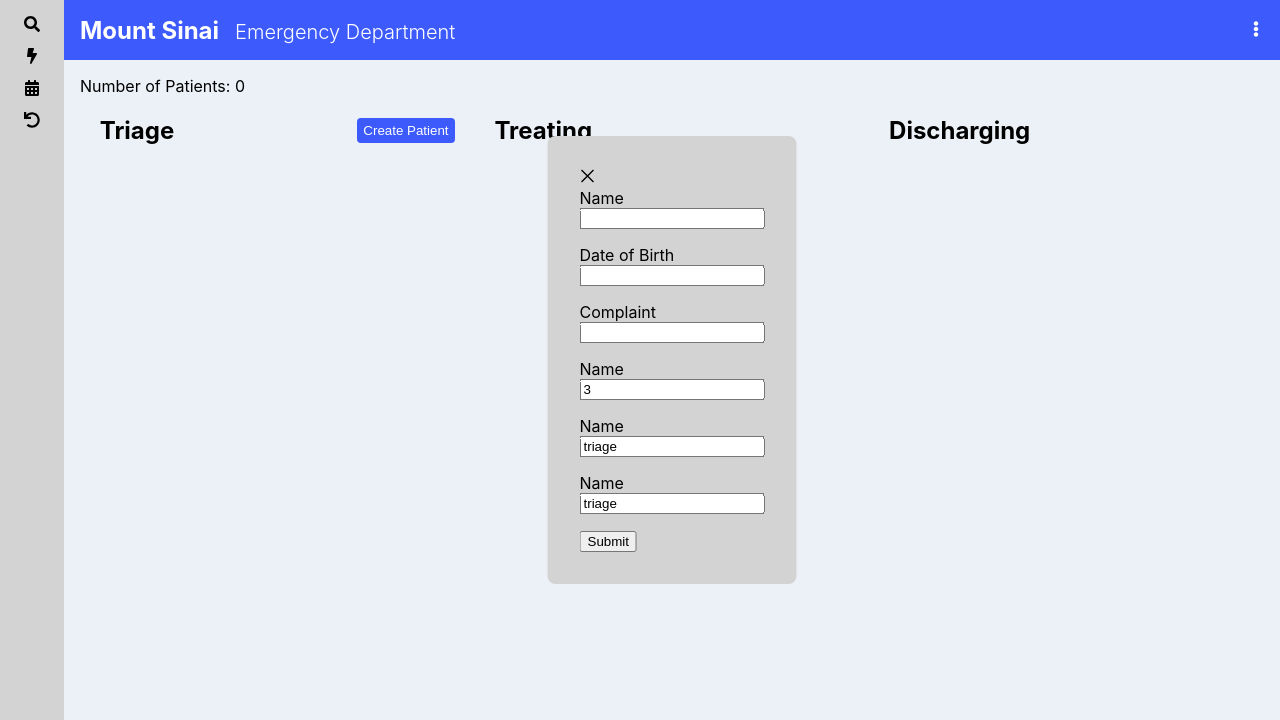
Repository: kosenijr/triage-app
Page: /, after clicking the first element matching `button.App_61351_triage-header-button`
An editor plug-in stored every save of this project. The page is shown before and after the next save, followed by the edit.
The browser window is 1280 px wide. The pictures show the whole page.
The page's requests for data from a server got no answer. The project was rebuilt for these pictures with package versions that can differ from the ones it lists, and the page was loaded fresh each time. No one was signed in, and anything a server would have sent is missing. Also part of the build but not shown: src/styles/PatientCard.module.css, src/components/PatientCard.js.

Above is the page before, as saved 2022-11-16 20:12:53.

After the next save:
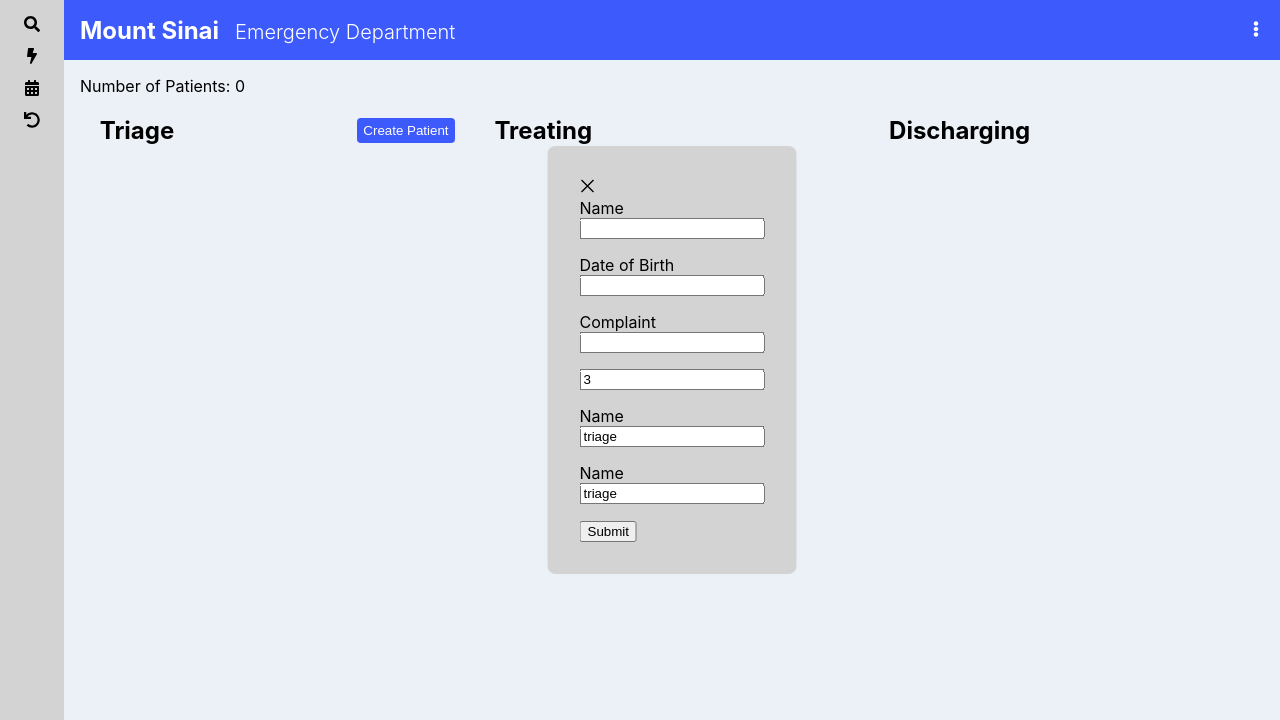
Saved 16 h 9 min later.
--- a/src/components/Modal.js
+++ b/src/components/Modal.js
@@ -46,7 +46,7 @@
                 </div>
 
                 <div className="{styles['input-group']">
-                    <label htmlFor="name">Name</label>
+                    <label htmlFor=""></label>
                     <input type="text" value={priority} onChange={(e) => setPriority(e.target.value)} />
                 </div>
 

After the save that followed:
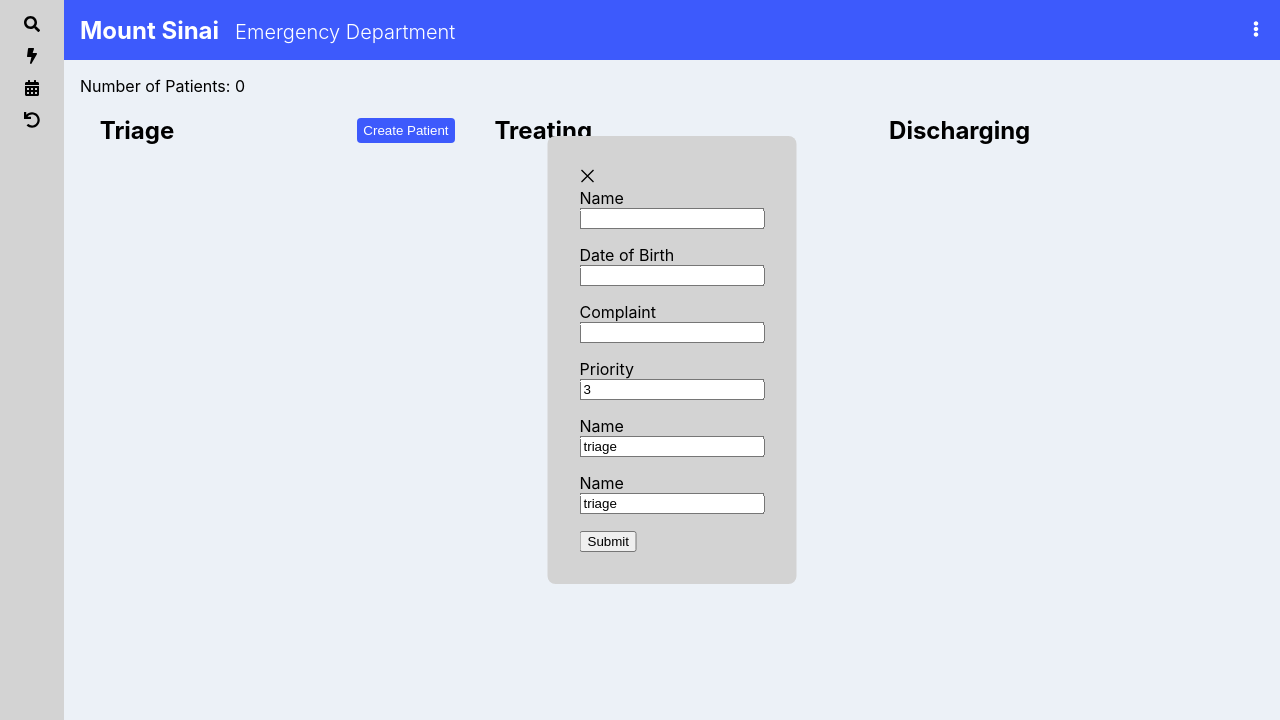
Saved 4 s later.
--- a/src/components/Modal.js
+++ b/src/components/Modal.js
@@ -46,7 +46,7 @@
                 </div>
 
                 <div className="{styles['input-group']">
-                    <label htmlFor=""></label>
+                    <label htmlFor="Priority">Priority</label>
                     <input type="text" value={priority} onChange={(e) => setPriority(e.target.value)} />
                 </div>
 
